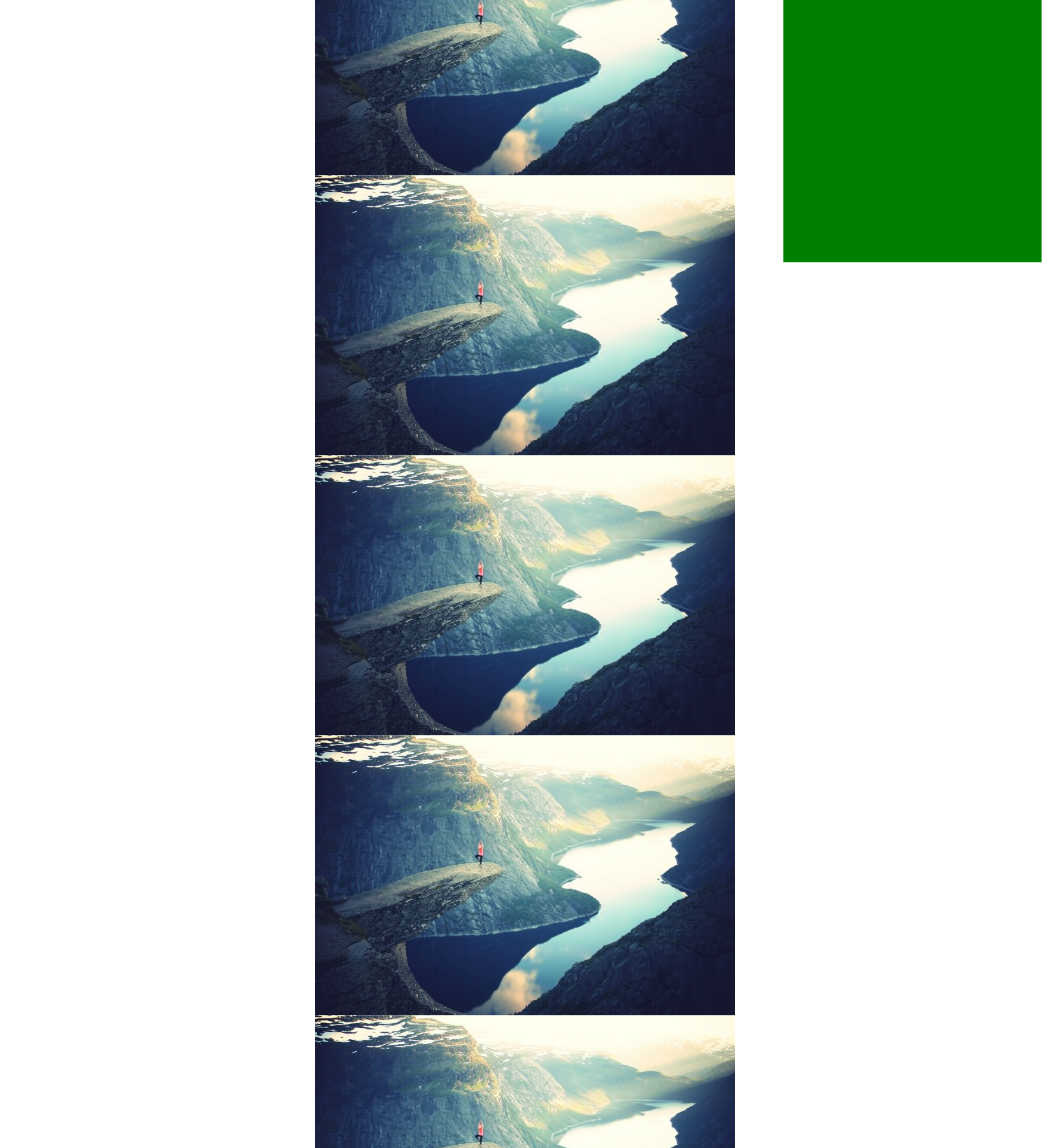
Repository: nguyenhung50497/MD2_bootstrap
Page: BT_giaoDienWeb/index.html
The author's editor kept a copy of each file at every save. The page is drawn from the files as they stood at one save, then again after a run of saves.
The browser window is 1280 px wide. The page is 1500 px wide, so the pictures cover 1500 px, including what lies to the right of the window. The pictures show the part of the page from y = 782 to 2422 px (the page is 2632 px tall), at 70% of full size.

Above is the page before, as saved 2022-11-30 14:05:54.

After the next 3 saves:
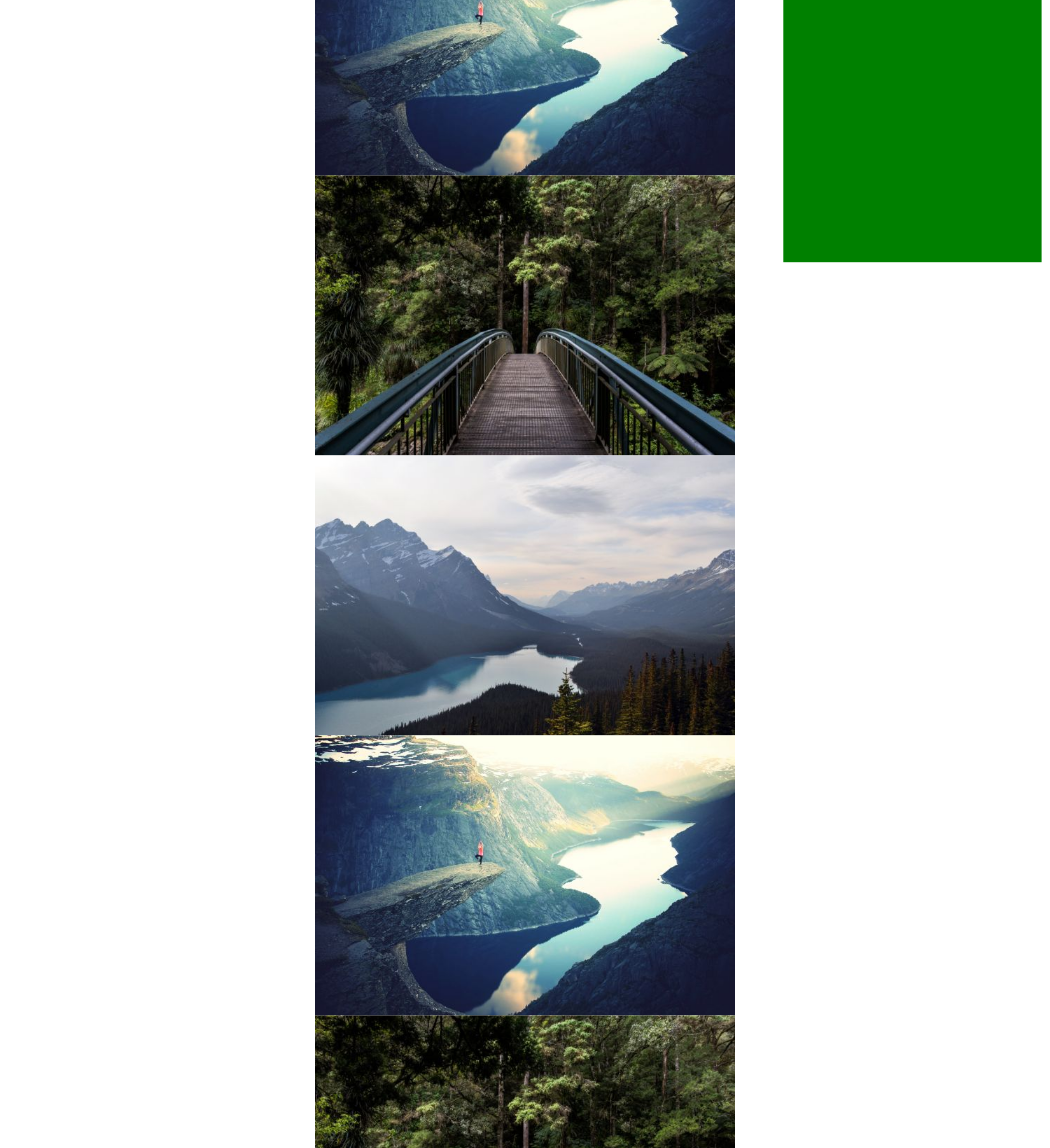
The 3 saves are shown as one change because they came seconds apart.
The last was saved 12 s later.
--- a/BT_giaoDienWeb/index.html
+++ b/BT_giaoDienWeb/index.html
@@ -128,11 +128,11 @@
                 </button>
               </div>
               <div>
+                <div class=""><img src="anh1.jpg" alt=""></div>
+                <div><img src="anh2.jpg" alt=""></div>
+                <div><img src="anh3.jpg" alt=""></div>
                 <div><img src="anh1.jpg" alt=""></div>
-                <div><img src="anh1.jpg" alt=""></div>
-                <div><img src="anh1.jpg" alt=""></div>
-                <div><img src="anh1.jpg" alt=""></div>
-                <div><img src="anh1.jpg" alt=""></div>
+                <div><img src="anh2.jpg" alt=""></div>
               </div>
         </section>
         <aside class="col-lg-3 right"></aside>
